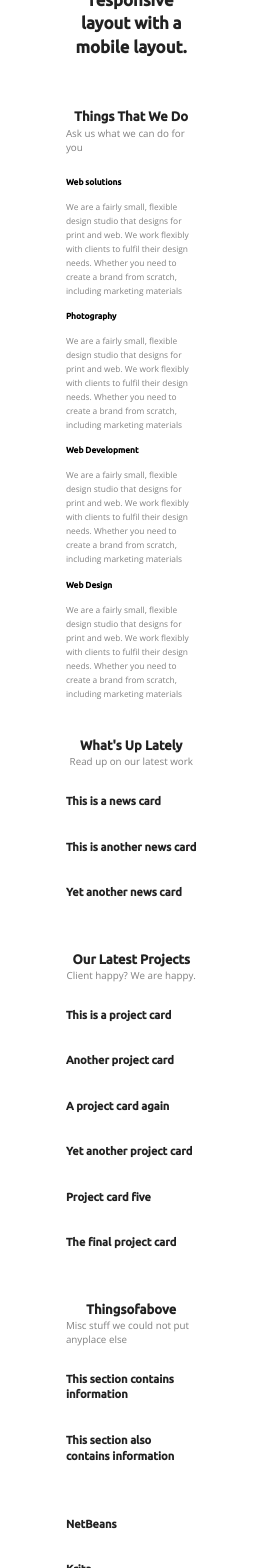
Repository: kennyharman/Marlowe_Kenny_Lab_02B
Page: index.html
The author's editor kept a copy of each file at every save. The page is drawn from the files as they stood at one save, then again after the next save.
The browser window is 375 px wide. The pictures show the part of the page from y = 478 to 2718 px (the page is 3404 px tall before and 3084 px after), at 70% of full size.

Above is the page before, as saved 2024-02-05 16:11:21.

### index.html
<!doctype html>
<html class="no-js" lang="EN">

<head>
  <meta charset="utf-8">
  <meta name="viewport" content="width=device-width, initial-scale=1">
  <title></title>
  <link rel="stylesheet" href="css/style.css">
  <link href="https://fonts.googleapis.com/css2?family=Open+Sans:ital,wght@0,400;0,700;1,400&family=Ubuntu:ital,wght@0,300;0,500;1,300&display=swap" rel="stylesheet">
  <meta name="description" content="">

  <meta property="og:title" content="Metrolics page">
  <meta property="og:type" content="website">
  <meta property="og:url" content="http://localhost:8888/metrolics/">

  <link rel="icon" href="/favicon.ico" sizes="any">
  <link rel="icon" href="/icon.svg" type="image/svg+xml">
  <link rel="apple-touch-icon" href="icon.png">

  <link rel="manifest" href="site.webmanifest">
  <meta name="theme-color" content="#fafafa">
</head>

<body class="page">
  <script src="js/app.js"></script>

<header class="page__header">
  <div class="row m-col-2 l-col-2 menu">
    <div class="col header__menu-logo">
      <h1>Metrolics</h1>
    </div>
    <div class="col header__menu-nav">
      Home
      Pages
      Blog
      Portfolio
      Home
    </div>
</header>

<main>
  <div class="page__banner">
    <div class="col banner-header">
      <h1>This is a picture of the Minions</h1>
    </div>
  </div>
  <div class="page__section">
    <div class="row header">
      <div class="col header-text">
        <h2>Hey guys! This is the <span class="text__color-change">Metrolics</span> theme.<br/>It sports a responsive layout with a mobile layout.</h2>
      </div>
    </div>
  </div>

  <div class="section-services">
    <div class="row m-col-2 l-col-4">
      <div class="col m-row-span l-row-span heading">
        <h3>Things That We Do</h3>
        <p>Ask us what we can do for you</p>
      </div>
      <div class="col services-card">
        <h4>Web solutions</h4>
        We are a fairly small, flexible design studio that designs for print and web. We work flexibly with clients to fulfil their design needs. Whether you need to create a brand from scratch, including marketing materials
      </div>
      <div class="col services-card">
        <h4>Photography</h4>
        We are a fairly small, flexible design studio that designs for print and web. We work flexibly with clients to fulfil their design needs. Whether you need to create a brand from scratch, including marketing materials
      </div>
      <div class="col services-card">
        <h4>Web Development</h4>
        We are a fairly small, flexible design studio that designs for print and web. We work flexibly with clients to fulfil their design needs. Whether you need to create a brand from scratch, including marketing materials
      </div>
      <div class="col services-card">
        <h4>Web Design</h4>
        We are a fairly small, flexible design studio that designs for print and web. We work flexibly with clients to fulfil their design needs. Whether you need to create a brand from scratch, including marketing materials
      </div>
    </div>
  </div>
    </div>
  </div>

  <div class="section-work">
    <div class="row m-col-2 l-col-3">
      <div class="col m-row-span l-row-span heading">
        <h3>What's Up Lately</h3>
        <p>Read up on our latest work</p>
      </div>
      <div class="col m-row-span image">
        <h4>This is a news card</h4>
      </div>
      <div class="col image">
        <h4>This is another news card</h4>
      </div>
      <div class="col image">
        <h4>Yet another news card</h4>
      </div>
    </div>
  </div>

  <div class="section-projects">
    <div class="row m-col-2 l-col-3">
      <div class="col m-row-span l-row-span heading">
        <h3>Our Latest Projects</h3>
        <p>Client happy? We are happy.</p>
      </div>
      <div class="col image">
        <h4>This is a project card</h4>
      </div>
      <div class="col image">
        <h4>Another project card</h4>
      </div>
      <div class="col image">
        <h4>A project card again</h4>
      </div>
      <div class="col image">
        <h4>Yet another project card</h4>
      </div>
      <div class="col iamge">
        <h4>Project card five</h4>
      </div>
      <div class="col image">
        <h4>The final project card</h4>
      </div>
    </div>
  </div>

  <div class="section-misc">
    <div class="row l-col-2">
      <div class="col l-row-span heading">
        <h3>Thingsofabove</h3>
        <p>Misc stuff we could not put anyplace else</p>
      </div>
      <div class="col misc-content">
        <h4>This section contains information</h4>
      </div>
      <div class="col misc-content">
        <h4>This section also contains information</h4>
      </div>
    </div>
  </div>

  <div class="section-affiliates">
    <div class="row m-col-5 l-col-5">
      <div class="col affiliates-card">
        <h4>NetBeans</h4>
      </div>
      <div class="col affiliates-card">
        <h4>Krita</h4>
      </div>
      <div class="col affiliates-card">
        <h4>Scirra</h4>
      </div>
      <div class="col affiliates-card">
        <h4>Blender</h4>
      </div>
      <div class="col affiliates-card">
        <h4>InkScape</h4>
      </div>
    </div>
  </div>
</main>
<footer class="page__footer">
  <div class="row m-col-2 l-col-4 footer">
    <div class="col m-row-span l-row-span footer-heading">
      <h3>This the heading component inside the footer</h3>
    </div>
    <div class="col footer-item">
      <h3>This is a footer item</h3>
    </div>
    <div class="col footer-item">
      <h3>This is another footer item</h3>
    </div>
    <div class="col footer-item">
      <h3>This is the 3rd footer item</h3>
    </div>
    <div class="col footer-item">
      <h3>
        This is the last footer item
      </h3>
    </div>
  </div>
</footer>
</body>

### css/style.css
/*! HTML5 Boilerplate v9.0.0-RC1 | MIT License | https://html5boilerplate.com/ */

/* main.css 3.0.0 | MIT License | https://github.com/h5bp/main.css#readme */
/*
 * What follows is the result of much research on cross-browser styling.
 * Credit left inline and big thanks to Nicolas Gallagher, Jonathan Neal,
 * Kroc Camen, and the H5BP dev community and team.
 */

/* ==========================================================================
   Base styles: opinionated defaults
   ========================================================================== */

html {
  color: #222;
  font-size: 1em;
  line-height: 1.4;
}

/*
 * Remove text-shadow in selection highlight:
 * https://twitter.com/miketaylr/status/12228805301
 *
 * Customize the background color to match your design.
 */

::-moz-selection {
  background: #b3d4fc;
  text-shadow: none;
}

::selection {
  background: #b3d4fc;
  text-shadow: none;
}

/*
 * A better looking default horizontal rule
 */

hr {
  display: block;
  height: 1px;
  border: 0;
  border-top: 1px solid #ccc;
  margin: 1em 0;
  padding: 0;
}

/*
 * Remove the gap between audio, canvas, iframes,
 * images, videos and the bottom of their containers:
 * https://github.com/h5bp/html5-boilerplate/issues/440
 */

audio,
canvas,
iframe,
img,
svg,
video {
  vertical-align: middle;
}

/*
 * Remove default fieldset styles.
 */

fieldset {
  border: 0;
  margin: 0;
  padding: 0;
}

/*
 * Allow only vertical resizing of textareas.
 */

textarea {
  resize: vertical;
}

/* ==========================================================================
   Author's custom styles
   ========================================================================== */

/* ==========================================================================
   Helper classes
   ========================================================================== */

/*
 * Hide visually and from screen readers
 */

.hidden,
[hidden] {
  display: none !important;
}

/*
 * Hide only visually, but have it available for screen readers:
 * https://snook.ca/archives/html_and_css/hiding-content-for-accessibility
 *
 * 1. For long content, line feeds are not interpreted as spaces and small width
 *    causes content to wrap 1 word per line:
 *    https://medium.com/@jessebeach/beware-smushed-off-screen-accessible-text-5952a4c2cbfe
 */

.visually-hidden {
  border: 0;
  clip: rect(0, 0, 0, 0);
  height: 1px;
  margin: -1px;
  overflow: hidden;
  padding: 0;
  position: absolute;
  white-space: nowrap;
  width: 1px;
  /* 1 */
}

/*
 * Extends the .visually-hidden class to allow the element
 * to be focusable when navigated to via the keyboard:
 * https://www.drupal.org/node/897638
 */

.visually-hidden.focusable:active,
.visually-hidden.focusable:focus {
  clip: auto;
  height: auto;
  margin: 0;
  overflow: visible;
  position: static;
  white-space: inherit;
  width: auto;
}

/*
 * Hide visually and from screen readers, but maintain layout
 */

.invisible {
  visibility: hidden;
}

/*
 * Clearfix: contain floats
 *
 * The use of `table` rather than `block` is only necessary if using
 * `::before` to contain the top-margins of child elements.
 */

.clearfix::before,
.clearfix::after {
  content: "";
  display: table;
}

.clearfix::after {
  clear: both;
}

/* ==========================================================================
   EXAMPLE Media Queries for Responsive Design.
   These examples override the primary ('mobile first') styles.
   Modify as content requires.
   ========================================================================== */

@media only screen and (min-width: 35em) {
  /* Style adjustments for viewports that meet the condition */
}

@media print,
  (-webkit-min-device-pixel-ratio: 1.25),
  (min-resolution: 1.25dppx),
  (min-resolution: 120dpi) {
  /* Style adjustments for high resolution devices */
}

/* ==========================================================================
   Print styles.
   Inlined to avoid the additional HTTP request:
   https://www.phpied.com/delay-loading-your-print-css/
   ========================================================================== */

@media print {
  *,
  *::before,
  *::after {
    background: #fff !important;
    color: #000 !important;
    /* Black prints faster */
    box-shadow: none !important;
    text-shadow: none !important;
  }

  a,
  a:visited {
    text-decoration: underline;
  }

  a[href]::after {
    content: " (" attr(href) ")";
  }

  abbr[title]::after {
    content: " (" attr(title) ")";
  }

  /*
   * Don't show links that are fragment identifiers,
   * or use the `javascript:` pseudo protocol
   */
  a[href^="#"]::after,
  a[href^="javascript:"]::after {
    content: "";
  }

  pre {
    white-space: pre-wrap !important;
  }

  pre,
  blockquote {
    border: 1px solid #999;
    page-break-inside: avoid;
  }

  tr,
  img {
    page-break-inside: avoid;
  }

  p,
  h2,
  h3 {
    orphans: 3;
    widows: 3;
  }

  h2,
  h3 {
    page-break-after: avoid;
  }
}

/* Our Styling */
div,
main,
section,
footer,
header {
  margin-left: 15px;
  margin-right: 15px;
}

h1,
h2,
h3,
h4,
h5,
h6 {
    font-family: 'Ubuntu', sans-serif;
}

p {
    font-family: 'Open Sans', sans-serif;
}

.row {
  display: grid;
  margin-top: 2rem;
}

.col {
  position: relative;
}

.page__header,
.banner-header,
.page__section,
.section-services,
.section-work,
.section-projects,
.section-misc,
.section-affiliates,
.footer {
  margin: auto;
  width: 60%;
}

.heading {
  display: flex;
  flex-direction: column;
  align-items: center;
  padding: 0 auto;
}

.heading > h3 {
  margin-bottom: 0;
}

.heading > p {
  margin-top: 0;
  font-size: 14px;
  color: grey;
}

.header-text {
  text-align: center;
}

.text__color-change {
  color: lightskyblue;
}

.services-card {
  text-align: center;
  font-size: 12px;
  padding: 0px;
  color: grey;
  font-family: 'Open Sans', sans-serif;
  line-height: 23px;
}

.services-card > h4 {
  color: black;
}

/* Small only */
@media screen and (max-width: 39.9375em) {
  .page__header,
.banner-header,
.page__section,
.section-services,
.section-work,
.section-projects,
.section-misc,
.section-affiliates,
.footer {
  margin: auto;
  width: 75%;
}
  .header__menu-nav {
    display: none;
  }
  .banner {
    display: none;
  }
  .affiliates {
    display: none;
  }
  .misc {
    display: none;
  }
  .services-card {
    text-align: left;
    font-size: 12px;
    padding: 0px;
    color: grey;
    font-family: 'Open Sans', sans-serif;
    line-height: 20px;
  }
}

/* Medium only */
@media screen and (min-width: 40em) and
(max-width: 63.9375em) {
  .row {
    max-width: 70rem;
    column-gap: 1.5rem;
    row-gap: 1.5rem;
    margin: 0 auto;
  }
  .m-col-2 {
    grid-template-columns: 1fr 1fr;
  }
  .m-col-3 {
    grid-template-columns: repeat(3, 1fr);
  }
  .m-col-4 {
    grid-template-columns: repeat(4, 1fr);
  }
  .m-col-5 {
    grid-template-columns: repeat(5, 1fr);
  }

  .m-row-span {
    grid-column-start: 1;
    grid-column-end: -1;
  }
}

/* Large only */
@media screen and (min-width: 64em) {
  .l-col-2 {
    grid-template-columns: 1fr 1fr;
  }
  .l-col-3 {
    grid-template-columns: repeat(3, 1fr);
  }
  .l-col-4 {
    grid-template-columns: repeat(4, 1fr);
  }
  .l-col-5 {
    grid-template-columns: repeat(5, 1fr);
  }

  .l-row-span {
    grid-column-start: 1;
    grid-column-end: -1;
  }
}

Loaded but not shown: js/app.js (no stored copy; drawn as an empty file)

After the next save:
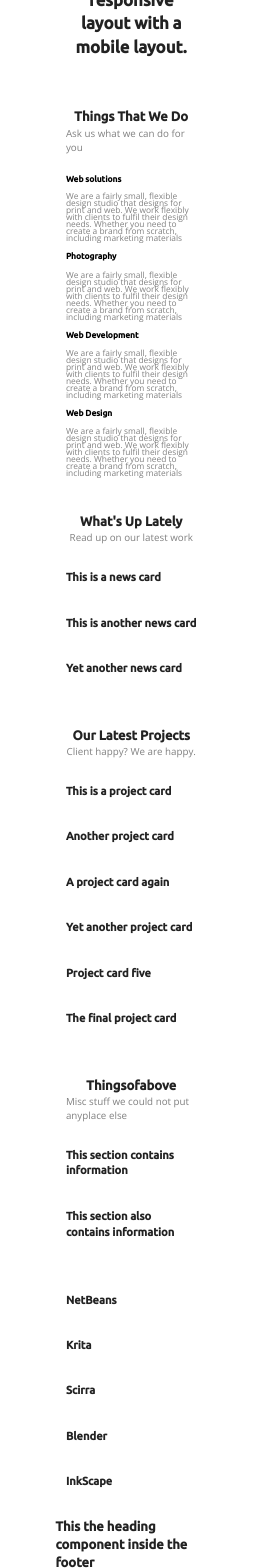
Saved 4 s later.
--- a/css/style.css
+++ b/css/style.css
@@ -360,7 +360,7 @@ p {
     padding: 0px;
     color: grey;
     font-family: 'Open Sans', sans-serif;
-    line-height: 20px;
+    line-height: 10px;
   }
 }
 
